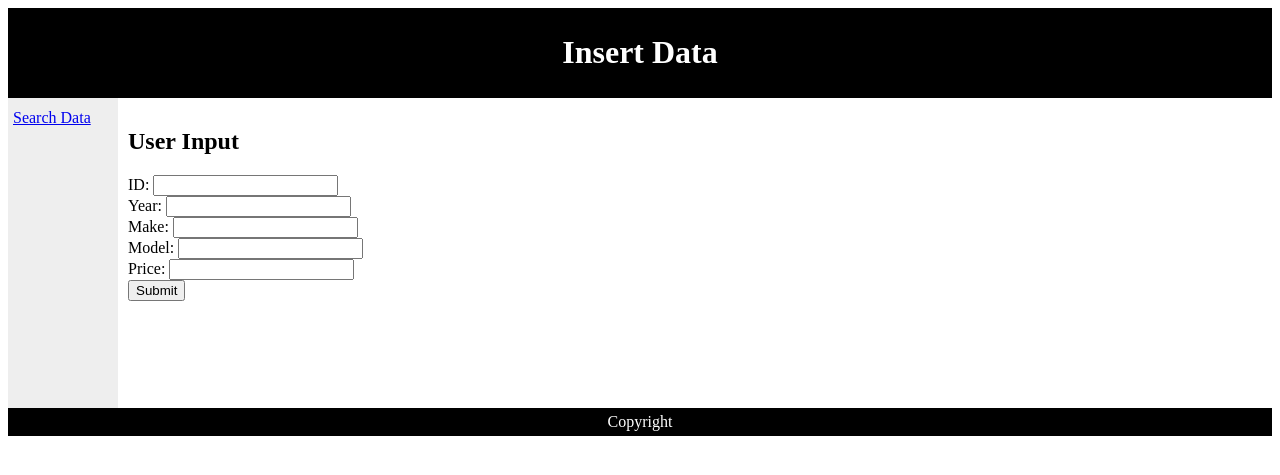
Repository: CamdenMurphy/workspace4830-intro-to-software-engineering
Page: techExercise/techExercise-Murphy/src/main/webapp/delete_murphy.html
These files come from the project's save history. The page is drawn as it stood at one moment and after the next save; the edit follows.
The browser window is 1280 px wide. The pictures show the whole page.

Above is the page before, as saved 2023-10-12 05:07:54.

### techExercise/techExercise-Murphy/src/main/webapp/delete_murphy.html
<html>
<head>
<style>
header {
    background-color:black;
    color:white;
    text-align:center;
    padding:5px;
}
nav {
    line-height:30px;
    background-color:#eeeeee;
    height:300px;
    width:100px;
    float:left;
    padding:5px;
}
section {
    width:350px;
    float:left;
    padding:10px;
}
footer {
    background-color:black;
    color:white;
    clear:both;
    text-align:center;
    padding:5px;
}
</style>
</head>

<body>
<header>
<h1> Insert Data </h1>
</header>

<nav>
<a href="/webproject-ex-0907-murphy/search_murphy.html">Search Data</a> <br>
</nav>

<section>
	<h1>User Input</h1>

	<form action="InsertMurphy" method="POST">

		ID: <input type="text" name="id"> <br/>


		Year: <input type="text" name="year"> <br />
		Make: <input type="text" name="make"> <br />
		Model: <input type="text" name="model"> <br />
		Price: <input type="text" name="price"> <br />

		<input type="submit" value="Submit" />
	</form>

</section>

<footer>
Copyright
</footer>
</body>
</html>

After the next save:
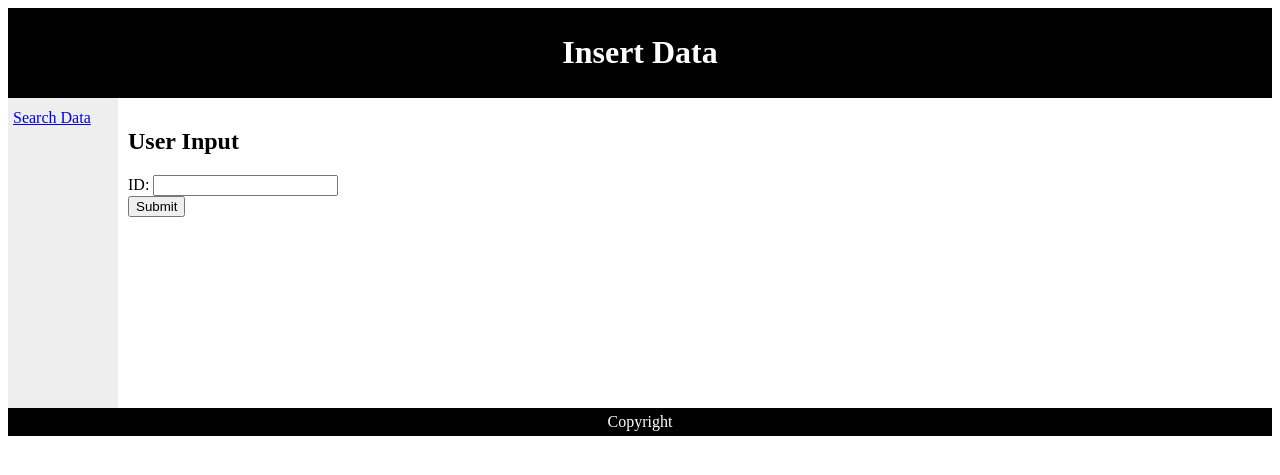
Saved 15 s later.
--- a/techExercise/techExercise-Murphy/src/main/webapp/delete_murphy.html
+++ b/techExercise/techExercise-Murphy/src/main/webapp/delete_murphy.html
@@ -46,12 +46,6 @@ footer {
 
 		ID: <input type="text" name="id"> <br/>
 
-
-		Year: <input type="text" name="year"> <br />
-		Make: <input type="text" name="make"> <br />
-		Model: <input type="text" name="model"> <br />
-		Price: <input type="text" name="price"> <br />
-
 		<input type="submit" value="Submit" />
 	</form>
 
